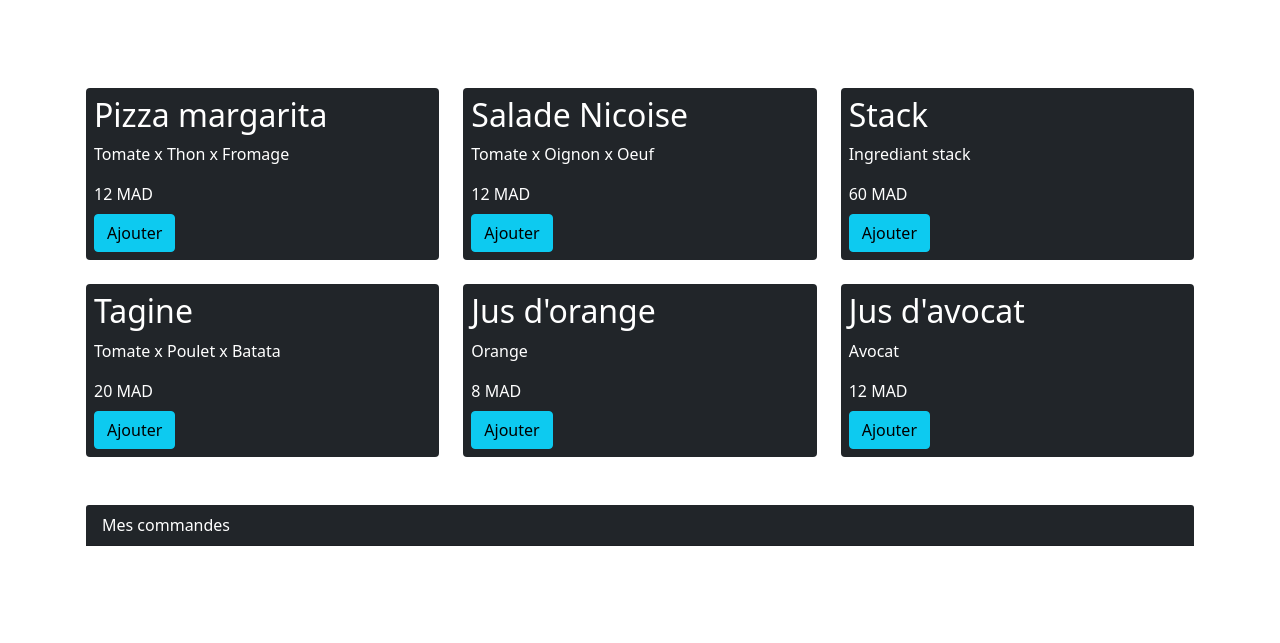
Repository: FS-23/my-restaurant
Page: /
The author's editor kept a copy of each file at every save. The page is drawn from the files as they stood at one save, then again after the next save.
The browser window is 1280 px wide. The pictures show the whole page.
The project was rebuilt for these pictures with package versions that can differ from the ones it lists, and the page was loaded fresh each time.

Above is the page before, as saved 2022-04-29 14:09:16.

### public/index.html
<!DOCTYPE html>
<html lang="en">
  <head>
    <meta charset="utf-8" />
    <link rel="icon" href="%PUBLIC_URL%/favicon.ico" />
    <meta name="viewport" content="width=device-width, initial-scale=1" />
    <meta name="theme-color" content="#000000" />
    <meta
      name="description"
      content="Web site created using create-react-app"
    />
    <link rel="apple-touch-icon" href="%PUBLIC_URL%/logo192.png" />
    <!--
      manifest.json provides metadata used when your web app is installed on a
      user's mobile device or desktop. See https://developers.google.com/web/fundamentals/web-app-manifest/
    -->
    <link rel="manifest" href="%PUBLIC_URL%/manifest.json" />
    <!--
      Notice the use of %PUBLIC_URL% in the tags above.
      It will be replaced with the URL of the `public` folder during the build.
      Only files inside the `public` folder can be referenced from the HTML.

      Unlike "/favicon.ico" or "favicon.ico", "%PUBLIC_URL%/favicon.ico" will
      work correctly both with client-side routing and a non-root public URL.
      Learn how to configure a non-root public URL by running `npm run build`.
    -->
    <title>React App</title>
    <!-- CSS only -->
<link href="https://cdn.jsdelivr.net/npm/bootstrap@5.1.3/dist/css/bootstrap.min.css" rel="stylesheet">
  </head>
  <body>
    <noscript>You need to enable JavaScript to run this app.</noscript>
    <div id="root"></div>
    <!--
      This HTML file is a template.
      If you open it directly in the browser, you will see an empty page.

      You can add webfonts, meta tags, or analytics to this file.
      The build step will place the bundled scripts into the <body> tag.

      To begin the development, run `npm start` or `yarn start`.
      To create a production bundle, use `npm run build` or `yarn build`.
    -->
  </body>
</html>

### src/index.css
.plat-container:hover {
     top: -10px;

}

.plat-container {
  top: 0;
  transition: top 0.5s;
}


.app-gradient-container {
   background-image: linear-gradient(160deg , red , blue);
   opacity: 0.2;
}

### src/App.js
import Menu from './components/Menu'
function App() {
  return (
    <div className="">
       <div className='vw-100 vh-100 position-fixed text-white'>
           <div className='position-absolute d-none top-0 w-100 h-100 bg-dark app-gradient-container'>

           </div>
           <div className="mt-5 p-3 rounded container ">
              <Menu />
           </div>
       </div>
    </div>
  );
}

export default App;

### src/components/Menu.js
import { useState } from "react"
import Plat from "./Plat"
function Menu(){
    let [orders , setOrders] = useState([])
    let menuList = [
          {id: 1 , name: "Pizza margarita" , price: 12 , ingredient: "Tomate x Thon x Fromage"},
          {id: 2 , name: "Salade Nicoise" , price: 12 , ingredient: "Tomate x Oignon x Oeuf"},
          {id: 3 , name: "Stack" , price: 60 , ingredient: "Ingrediant stack"},
          {id: 4 , name: "Tagine" , price: 20 , ingredient: "Tomate x Poulet x Batata"},
          {id: 5 , name: "Jus d'orange" , price: 8 , ingredient: "Orange"},
          {id: 6 , name: "Jus d'avocat" , price: 12 , ingredient: "Avocat"},
    ]

    return (
        <div className="row">
           {
               menuList.map((menu) =>   < Plat name= {menu.name} price={menu.price} ingredient={menu.ingredient} />)
           }
           <div className="card w-100 m-auto border-0 mt-5">
                 <div className="card-header bg-dark">Mes commandes</div>
                  <div className="card-body">body</div>
           </div>
           <div className="bg-dark rounded mt-5">


           </div>

        </div>
    )
}

export default Menu

### src/components/Plat.js

function Plat (props){
    return(
        <div className=" col-1 col-sm-2 col-lg-4 mt-4 position-relative plat-container" >
            <div className="bg-dark p-2 rounded">
                <h2>{props.name} </h2>
                <p> {props.ingredient}</p>
                <div>
                    {props.price} MAD
                </div>
                <button className="btn btn-info mt-2">Ajouter</button>
            </div>
       </div>


    )
}

export default Plat

Loaded but not shown: src/index.js (common file)

After the next save:
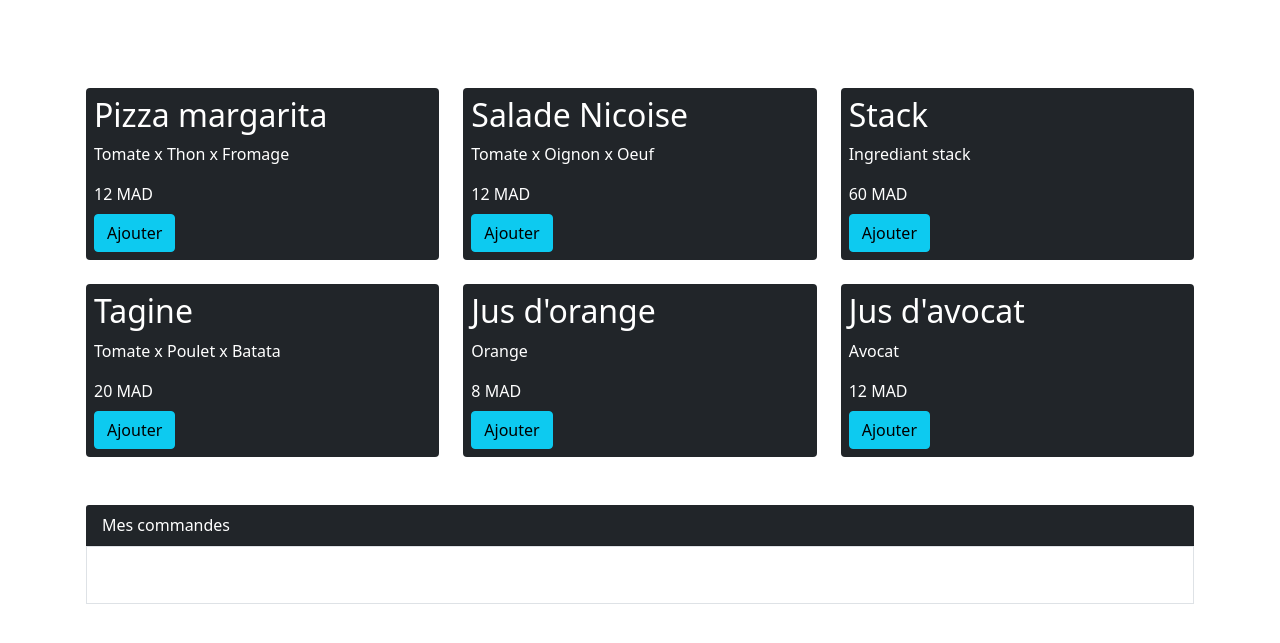
Saved 10 s later.
--- a/src/components/Menu.js
+++ b/src/components/Menu.js
@@ -18,7 +18,7 @@ function Menu(){
            }
            <div className="card w-100 m-auto border-0 mt-5">
                  <div className="card-header bg-dark">Mes commandes</div>
-                  <div className="card-body">body</div>
+                  <div className="card-body border">body</div>
            </div>
            <div className="bg-dark rounded mt-5">
 
